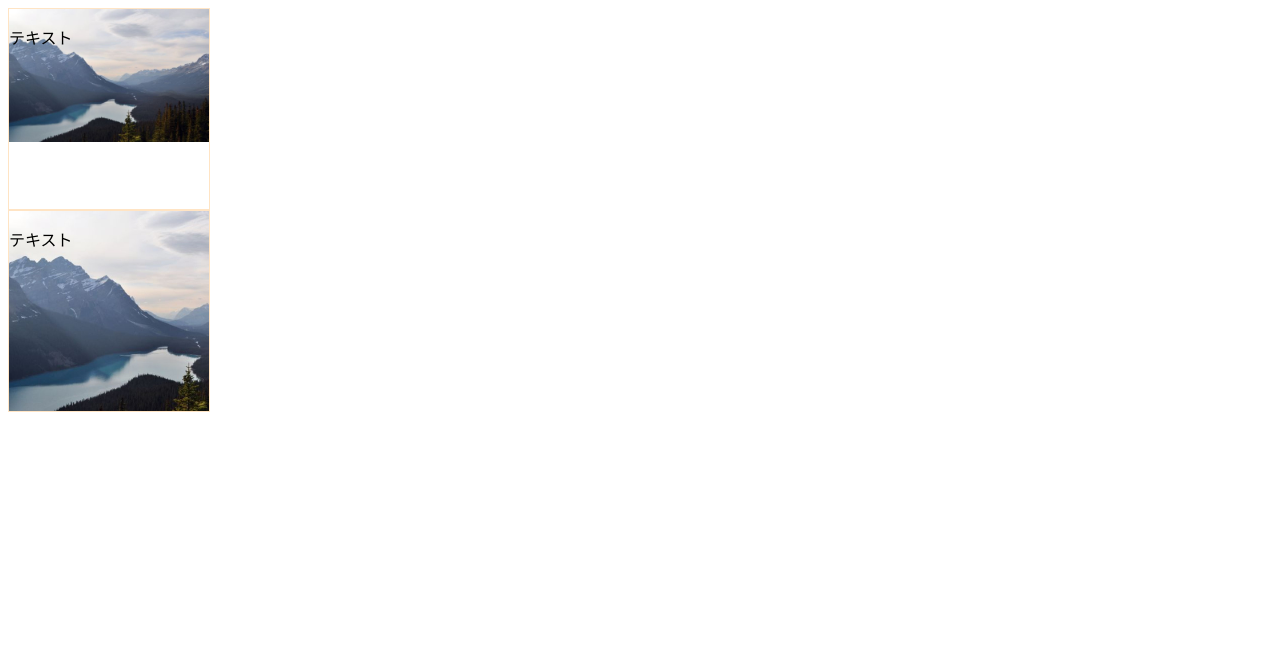
Repository: Jutta197/frontend726
Page: css_ex/bg_image/index.html
These files come from the project's save history. The page is drawn as it stood at one moment and after the next save; the edit follows.
The browser window is 1280 px wide. The pictures show the whole page.

Above is the page before, as saved 2023-07-28 14:14:53.

### css_ex/bg_image/index.html
<!DOCTYPE html>
<html lang="en">

<head>
    <meta charset="UTF-8">
    <meta name="viewport" content="width=device-width, initial-scale=1.0">
    <title>Document</title>
    <link rel="stylesheet" href="style.css">
</head>

<body>
    <div id="a">
        <p>テキスト</p>
    </div>
    <div id="b">
        <p>テキスト</p>
    </div>

</body>

</html>

### css_ex/bg_image/style.css
div {
    height: 200px;
    width: 200px;
    border: 1px solid bisque;
}

#a {
    background-image: url(mountains.jpg);
    background-size: contain;
    background-repeat: no-repeat;
}

#b {
    background-image: url(mountains.jpg);
    background-size: cover;
    background-repeat: no-repeat;
}

After the next save:
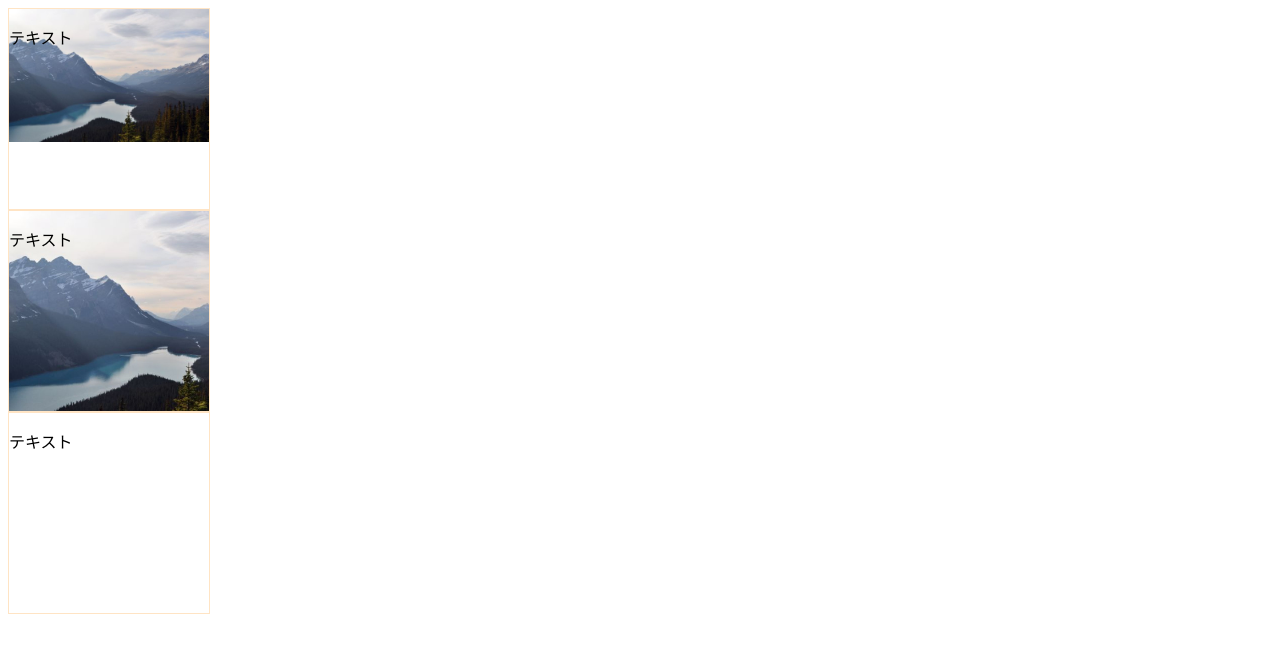
Saved 24 s later.
--- a/css_ex/bg_image/index.html
+++ b/css_ex/bg_image/index.html
@@ -15,6 +15,9 @@
     <div id="b">
         <p>テキスト</p>
     </div>
+    <div id="c">
+        <p>テキスト</p>
+    </div>
 
 </body>
 
